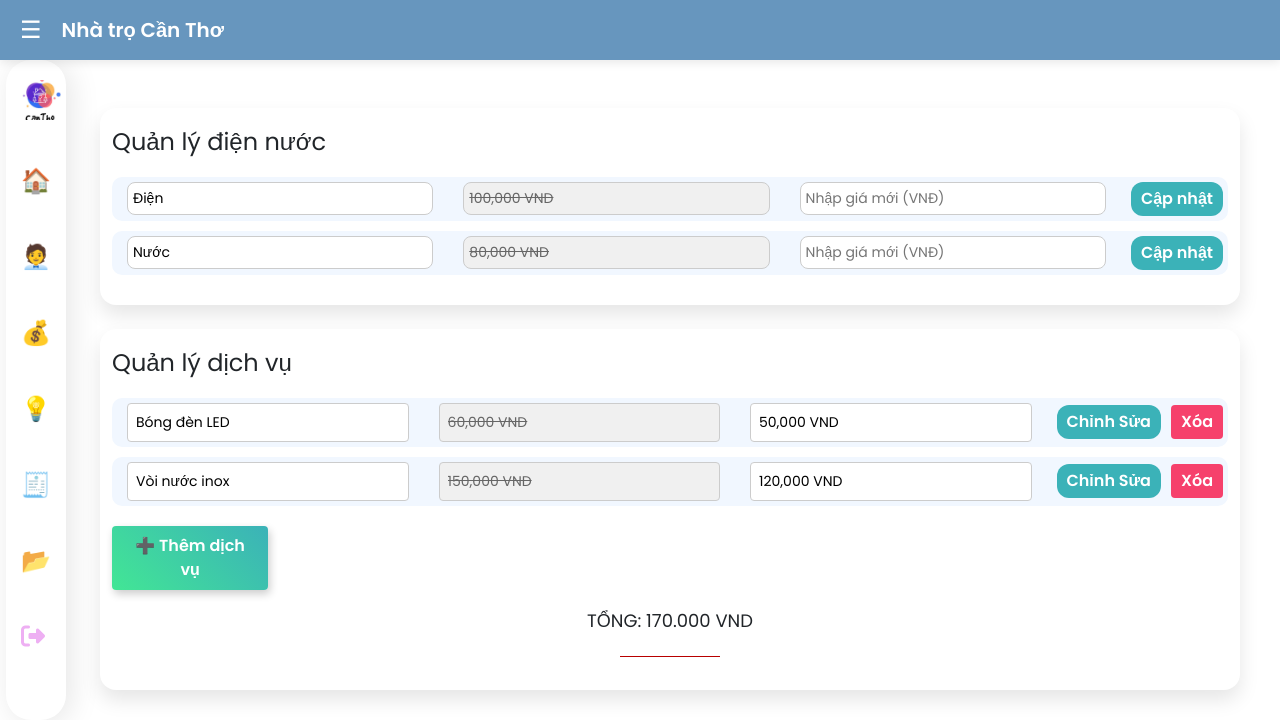
Repository: nhutty0402/DoAn02
Page: HTML/dichvu.html
An editor plug-in stored every save of this project. The page is shown before and after the next save, followed by the edit.
The browser window is 1280 px wide. The pictures show the whole page.

Above is the page before, as saved 2025-03-21 00:28:31.

### HTML/dichvu.html
<!DOCTYPE html>
<html>
<head>
    <meta charset="utf-8">
    <meta http-equiv="X-UA-Compatible" content="IE=edge">
    <title></title>
    <meta name="description" content="">
    <meta name="viewport" content="width=device-width, initial-scale=1">
    <link rel="stylesheet" href="../css/dichvu.css">

    <!-- CSS -->
    <link href="https://cdn.jsdelivr.net/npm/bootstrap@5.3.3/dist/css/bootstrap.min.css" rel="stylesheet" integrity="sha384-QWTKZyjpPEjISv5WaRU9OFeRpok6YctnYmDr5pNlyT2bRjXh0JMhjY6hW+ALEwIH" crossorigin="anonymous">
    <link href="https://fonts.googleapis.com/css2?family=Poppins:wght@300;400;600&display=swap" rel="stylesheet">
    <link rel="stylesheet" href="https://cdnjs.cloudflare.com/ajax/libs/font-awesome/6.4.2/css/all.min.css">

    <!-- JS -->
    <script src="https://cdnjs.cloudflare.com/ajax/libs/jquery/3.7.1/jquery.min.js" integrity="sha512-v2CJ7UaYy4JwqLDIrZUI/4hqeoQieOmAZNXBeQyjo21dadnwR+8ZaIJVT8EE2iyI61OV8e6M8PP2/4hpQINQ/g==" crossorigin="anonymous" referrerpolicy="no-referrer"></script>
    <script src="https://cdn.jsdelivr.net/npm/@popperjs/core@2.11.8/dist/umd/popper.min.js" integrity="sha384-I7E8VVD/ismYTF4hNIPjVp/Zjvgyol6VFvRkX/vR+Vc4jQkC+hVqc2pM8ODewa9r" crossorigin="anonymous"></script>
    <script src="https://cdn.jsdelivr.net/npm/bootstrap@5.3.3/dist/js/bootstrap.min.js" integrity="sha384-0pUGZvbkm6XF6gxjEnlmuGrJXVbNuzT9qBBavbLwCsOGabYfZo0T0to5eqruptLy" crossorigin="anonymous"></script>
</head>

<body>
    <header class="header">
        <div class="menu-toggle">☰</div>
        <div class="header-title">Nhà trọ Cần Thơ</div>
    </header>

    <div class="sidebar">
        <div class="logo_content">
            <div class="logo">
                <div class="icon">
                    <img src="../imag/moi.jpg" alt="Logo">
                </div>
                <div class="logo_name">Xin chào, admin</div>
            </div>
        </div>
        <ul class="nav_list">
            <li><a href="menu.html"><span class="icon">🏠</span><span class="link_name">Trang chủ</span></a></li>
            <li><a href="Quanlykhachhang.html"><span class="icon">🧑‍💼</span><span class="link_name">Quản lý khách hàng</span></a></li>
            <li><a href="doanhthu.html"><span class="icon">💰</span><span class="link_name">Doanh thu</span></a></li>
            <li><a href="dichvu.html"><span class="icon">💡</span><span class="link_name">Dịch vụ</span></a></li>
            <li><a href="hoadon.html"><span class="icon">🧾</span><span class="link_name">Hóa đơn</span></a></li>
            <li><a href="quanlihopdong.html"><span class="icon">📂</span><span class="link_name">Quản lý hợp đồng</span></a></li>
            <li><a href="dangxuat.html" class="logout-link"><span class="icon"><i class="fas fa-sign-out-alt"></i></span><span class="link_name">Đăng Xuất</span></a></li>
        </ul>
    </div>

    <div class="content flex-grow-1 p-4">
        <div class="topbar d-flex justify-content-between align-items-center mb-4"></div>

        <!-- Quản lý điện nước -->
        <div class="container">
            <div class="cf-title-03">
                <h3>Quản lý điện nước</h3>
            </div>
            <div id="product-list">
                <!-- Sản phẩm mẫu được thêm trực tiếp trong HTML -->
                <div class="product">
                    <input type="text" value="Điện" placeholder="Tên sản phẩm" readonly>
                    <input type="text" value="100,000 VND" placeholder="Giá cũ (VNĐ)" readonly class="old-price">
                    <input type="text" value="" placeholder="Nhập giá mới (VNĐ)" oninput="formatCurrency(this)">
                    <div class="btn-group">
                        <button class="update-btn" onclick="updateProduct(this)">Cập nhật</button>
                    </div>
                </div>
                <div class="product">
                    <input type="text" value="Nước" placeholder="Tên sản phẩm" readonly>
                    <input type="text" value="80,000 VND" placeholder="Giá cũ (VNĐ)" readonly class="old-price">
                    <input type="text" value="" placeholder="Nhập giá mới (VNĐ)" oninput="formatCurrency(this)">
                    <div class="btn-group">
                        <button class="update-btn" onclick="updateProduct(this)">Cập nhật</button>
                    </div>
                </div>
            </div>
        </div><br>

        <!-- Quản lý dịch vụ -->
        <div class="container">
            <div class="cf-title-03">
                <h3>Quản lý dịch vụ</h3>
            </div>
            <div id="service-list">
                <!-- Dịch vụ mẫu được thêm trực tiếp trong HTML -->
                <div class="service">
                    <input type="text" value="Bóng đèn LED" placeholder="Tên sản phẩm" readonly class="product-name">
                    <input type="text" value="60,000 VND" placeholder="Giá cũ (VNĐ)" readonly class="old-price">
                    <input type="text" value="50,000 VND" placeholder="Nhập giá mới (VNĐ)" readonly class="new-price">
                    <div class="btn-group">
                        <button class="edit-btn" onclick="updateService(this)">Chỉnh Sửa</button>
                        <button class="delete-btn" onclick="deleteService(this)">Xóa</button>
                    </div>
                </div>
                <div class="service">
                    <input type="text" value="Vòi nước inox" placeholder="Tên sản phẩm" readonly class="product-name">
                    <input type="text" value="150,000 VND" placeholder="Giá cũ (VNĐ)" readonly class="old-price">
                    <input type="text" value="120,000 VND" placeholder="Nhập giá mới (VNĐ)" readonly class="new-price">
                    <div class="btn-group">
                        <button class="edit-btn" onclick="updateService(this)">Chỉnh Sửa</button>
                        <button class="delete-btn" onclick="deleteService(this)">Xóa</button>
                    </div>
                </div>
            </div>
            <button class="add-btn" onclick="addService()">➕ Thêm dịch vụ</button>
            <div class="cf-title-01">
                <h6>TỔNG: <span id="total-price">0 VND</span></h6>
            </div>
        </div>
    <!-- JavaScript -->
    <script>
        const toggle = document.querySelector('.menu-toggle');
        const sidebar = document.querySelector('.sidebar');
        toggle.addEventListener('click', () => {
            sidebar.classList.toggle('active');
        });

        function formatCurrency(input) {
            let value = input.value.replace(/\D/g, '');
            if (value === '') {
                input.value = '';
                return;
            }
            let number = parseInt(value, 10);
            input.value = number.toLocaleString('vi-VN') + ' VND';
        }

        function addService(name = "", price = "", oldPrice = "") {
            let serviceList = document.getElementById("service-list");
            let serviceDiv = document.createElement("div");
            serviceDiv.classList.add("service");
            serviceDiv.innerHTML = `
                <input type="text" value="${name}" placeholder="Tên sản phẩm">
                <input type="text" value="${oldPrice ? parseInt(oldPrice).toLocaleString('vi-VN') + ' VND' : ''}" placeholder="Giá cũ (VNĐ)" readonly class="old-price">
                <input type="text" value="${price}" placeholder="Nhập giá mới (VNĐ)" oninput="formatCurrency(this)">
                <div class="btn-group">
                    <button class="update-btn" onclick="updateService(this)">Cập nhật</button>
                    <button class="delete-btn" onclick="deleteService(this)">Xóa</button>
                </div>
            `;
            serviceList.appendChild(serviceDiv);
        }

        function updateProduct(button) {
            let productDiv = button.closest(".product");
            let inputs = productDiv.querySelectorAll("input");
            if (button.innerText === "Cập nhật") {
                let name = inputs[0].value.trim();
                let price = inputs[2].value.trim().replace(/\D/g, '');
                if (name === "" || price === "") {
                    alert("Vui lòng nhập đầy đủ thông tin!");
                    return;
                }
                inputs[0].setAttribute("readonly", true);
                inputs[2].setAttribute("readonly", true);
                button.innerText = "Chỉnh sửa";
                button.classList.remove("update-btn");
                button.classList.add("edi-btn");
                alert(`Cập nhật thành công: ${name} - ${inputs[2].value}`);
            } else {
                inputs[0].removeAttribute("readonly");
                inputs[2].removeAttribute("readonly");
                button.innerText = "Cập nhật";
                button.classList.remove("edi-btn");
                button.classList.add("update-btn");
            }
        }

        function updateService(button) {
            let serviceDiv = button.closest(".service");
            let inputs = serviceDiv.querySelectorAll("input");
            if (button.innerText === "Cập nhật") {
                let name = inputs[0].value.trim();
                let price = inputs[2].value.trim().replace(/\D/g, '');
                if (name === "" || price === "") {
                    alert("Vui lòng nhập đầy đủ thông tin!");
                    return;
                }
                inputs[0].setAttribute("readonly", true);
                inputs[2].setAttribute("readonly", true);
                button.innerText = "Chỉnh sửa";
                button.classList.remove("update-btn");
                button.classList.add("edi-btn");
                alert(`Cập nhật thành công: ${name} - ${inputs[2].value}`);
            } else {
                inputs[0].removeAttribute("readonly");
                inputs[2].removeAttribute("readonly");
                button.innerText = "Cập nhật";
                button.classList.remove("edi-btn");
                button.classList.add("update-btn");
            }
        }

        function deleteService(button) {
            if (confirm("Bạn có chắc muốn xóa sản phẩm này?")) {
                button.closest(".service").remove();
            }
        }
    </script>
    <!--Tính tổng-->
  <!-- JavaScript -->
  <script>
    // Hàm tính tổng giá mới và hiển thị
    function calculateTotal() {
        const newPriceInputs = document.querySelectorAll('.new-price');
        let total = 0;

        newPriceInputs.forEach(input => {
            // Lấy giá trị từ input, loại bỏ " VND" và dấu phẩy
            const priceText = input.value.replace(' VND', '').replace(/,/g, '');
            const price = parseFloat(priceText) || 0; // Chuyển thành số, nếu không hợp lệ thì trả về 0
            total += price;
        });

        // Định dạng tổng với dấu phẩy và thêm " VND"
        const formattedTotal = total.toLocaleString('vi-VN') + ' VND';
        document.getElementById('total-price').textContent = formattedTotal;
    }

    // Hàm thêm dịch vụ mới
    function addService() {
        const serviceList = document.getElementById('service-list');
        const newService = document.createElement('div');
        newService.className = 'service';
        newService.innerHTML = `
            <input type="text" placeholder="Tên sản phẩm" class="product-name">
            <input type="text" placeholder="Giá cũ (VNĐ)" class="old-price">
            <input type="text" placeholder="Nhập giá mới (VNĐ)" class="new-price" oninput="calculateTotal()">
            <div class="btn-group">
                <button class="edit-btn" onclick="updateService(this)">Chỉnh Sửa</button>
                <button class="delete-btn" onclick="deleteService(this)">Xóa</button>
            </div>
        `;
        serviceList.appendChild(newService);
        calculateTotal(); // Cập nhật tổng sau khi thêm
    }

    // Hàm chỉnh sửa dịch vụ
    function updateService(button) {
        const service = button.closest('.service');
        const inputs = service.querySelectorAll('input');
        const isReadOnly = inputs[0].hasAttribute('readonly');

        if (isReadOnly) {
            // Chuyển sang chế độ chỉnh sửa
            inputs.forEach(input => input.removeAttribute('readonly'));
            button.textContent = 'Cập Nhật';
            button.classList.remove('edit-btn');
            button.classList.add('update-btn'); // Chuyển sang màu xanh dương
        } else {
            // Chuyển về chế độ readonly
            inputs.forEach(input => input.setAttribute('readonly', true));
            button.textContent = 'Chỉnh Sửa';
            button.classList.remove('update-btn');
            button.classList.add('edit-btn'); // Chuyển về màu cam
            calculateTotal(); // Cập nhật tổng sau khi lưu
        }
    }

    // Hàm xóa dịch vụ
    function deleteService(button) {
        const service = button.closest('.service');
        service.remove();
        calculateTotal(); // Cập nhật tổng sau khi xóa
    }

    // Tính tổng khi trang được tải
    window.onload = calculateTotal;
</script>
</body>
</html>

### CSS/dichvu.css
/* Reset cơ bản */
* {
  margin: 0;
  padding: 0;
  box-sizing: border-box;
  font-family: 'Poppins', sans-serif;
}

/* Thiết lập body */
body {
  min-height: 100vh;
  background: #e7e7e7;
  display: flex;
  flex-direction: column;
}

/* Header ngang */
.header {
  width: 100%;
  height: 60px;
  background: #6796be;
  color: white;
  display: flex;
  align-items: center;
  padding: 0 20px;
  box-shadow: 0 2px 10px rgba(0, 0, 0, 0.1);
  position: fixed;
  top: 0;
  z-index: 1000;
}

.menu-toggle {
  font-size: 24px;
  cursor: pointer;
  margin-right: 20px;
}

.header-title {
  font-size: 20px;
  font-weight: 600;
}

/* Sidebar dọc */
.sidebar {
  position: fixed;
  top: 60px;
  left: 0;
  height: calc(100% - 60px);
  width: 60px;
  background: #fff;
  margin-left: 6px;
  padding: 10px 5px;
  transition: width 0.3s ease;
  box-shadow: 5px 3px 30px rgba(0, 0, 0, 0.1);
  border-radius: 25px;
  z-index: 900;
}

.sidebar.active {
  width: 240px;
}

.logo_content {
  display: flex;
  align-items: center;
  height: 60px;
  padding: 0 10px;
}

.logo {
  display: flex;
  align-items: center;
  gap: 10px;
}

.logo .icon img {
  width: 40px; /* Kích thước logo nhỏ hơn và đồng đều */
  height: 40px;
  object-fit: cover; /* Đảm bảo ảnh không bị méo */
}

.logo_name {
  font-size: 18px;
  font-weight: 700;
  opacity: 0;
  transition: opacity 0.3s ease;
}

.sidebar.active .logo_name {
  opacity: 1;
}

.nav_list {
  list-style: none;
  padding-left: 0;
  margin-top: 10px;
}

.nav_list li {
  display: flex;
  align-items: center;
  height: 50px; /* Giảm height để khoảng cách đều hơn */
  margin: 26px 0; /* Khoảng cách giữa các mục */
}

.nav_list li a {
  text-decoration: none;
  color: #333;
  display: flex;
  align-items: center;
  width: 100%;
  font-weight: 700;
  padding: 0 10px; /* Khoảng cách bên trong thẻ a */
  transition: font-weight 0.3s ease, transform 0.3s ease; /* Thêm transition cho hiệu ứng */
}
.nav_list li a:hover {
  transform: scale(1.05); /* Phóng to 5% khi hover */
}
.nav_list li .icon {
  font-size: 24px; /* Icon đồng đều kích thước */
  width: 40px; /* Đảm bảo icon căn đều */
  text-align: center;
}

.link_name {
  font-size: 16px;
  opacity: 0;
  transition: opacity 0.3s ease;
}

.sidebar.active .link_name {
  opacity: 1;
}

/* Nội dung chính */
.content {
  margin-top: 60px;
  margin-left: 60px;
  padding: 20px;
  flex-grow: 1;
  transition: margin-left 0.3s ease, width 0.3s ease;
  width: calc(100% - 60px);
  max-width: calc(100vw - 60px);
}

.sidebar.active ~ .content {
  margin-left: 240px;
  width: calc(100% - 240px);
  max-width: calc(100vw - 240px);
}

/* Thanh tìm kiếm */
.search-bar {
  display: flex;
  align-items: center;
  height: 38.5px;
  margin-left: auto;
  background-color: #fff;
  border-radius: 15px;
  padding: 5px;
  box-shadow: 0px 4px 6px rgba(0, 0, 0, 0.2);
  border: 2px solid #5E3582;
}

.search-bar input {
  border: none;
  outline: none;
  padding: 5px 10px;
  border-radius: 5px;
  font-size: 14px;
  width: 90px;
  transition: width 0.3s ease;
}

.search-bar input:focus {
  width: 270px;
}

.search-bar button {
  background-color: #eeaff3;
  border: none;
  color: #1c1919;
  padding: 5px 10px;
  height: 28px;
  border-radius: 10px;
  font-size: 14px;
  cursor: pointer;
  margin-left: 5px;
  transition: background-color 0.3s ease;
}

.search-bar button:hover {
  background-color: #f186f1;
}

/* Button group */
.button-group {
  display: flex;
  gap: 5px;
  padding-left: 10px;
}

.button-group .dathue:hover {
  background: rgb(167, 222, 214);
  color: black;
}

.button-group .phongtrong:hover {
  background: rgb(246, 237, 156);
  color: black;
}

.button-group .hientatca:hover {
  background: rgba(249, 205, 158, 0.952);
  color: black;
}

/* Đăng xuất */
.logout-link {
  display: flex;
  align-items: center;
  text-decoration: none;
  color: #1c1919;
  padding: 10px 15px;
  border-radius: 8px;
  transition: background-color 0.3s ease, transform 0.3s ease;
}
/* Đăng xuất */
.logout-link {
  display: flex;
  align-items: center;
  text-decoration: none;
  color: #1c1919;
  padding: 10px 15px;
  border-radius: 8px;
  transition: background-color 0.3s ease, transform 0.3s ease, font-weight 0.3s ease; /* Thêm transition cho font-weight */
}
.logout-link .icon {
  font-size: 24px; /* Đồng đều với các icon khác */
  width: 40px;
  text-align: center;
  color: #eeaff3;
  transition: transform 0.3s ease;
}

.logout-link .link_name {
  font-size: 16px;
  font-weight: 600;
}

.logout-link:hover {
  background-color: #f6cff3;
  transform: scale(1.05);
}

.logout-link:hover .icon {
  transform: rotate(-20deg);
  color: #d94bd3;
}



/* ====================================================================================================== */
/* ======================================THÂN============================================================= */
/* ========================================================================================================= */

@import url('https://fonts.googleapis.com/css2?family=Poppins:wght@300;400;600&display=swap');

/* body {
    font-family: 'Poppins', sans-serif;
    background: linear-gradient(135deg, #89f7fe, #66a6ff);
    padding: 20px;
    text-align: center;
} */

.container {
    max-width: 600px;
    margin: auto;
    background: white;
    padding: 20px;
    border-radius: 16px;
    box-shadow: 0 10px 20px rgba(0, 0, 0, 0.1);
}

/* h2 {
    color: #333;
    font-weight: 600;
    margin-bottom: 10px;
} */

.product {
    display: flex;
    justify-content: space-between;
    align-items: center;
    padding: 5px;
    border-radius: 10px;
    background: #f1f7ff;
    margin: 10px 0;
    transition: transform 0.1s ease-in-out;
}

.product:hover {
    transform: scale(1.01);
}

.product input {
    flex: 1;
    margin: 0 10px;
    padding: 8px;
    border: 1px solid #ccc;
    border-radius: 8px;
    font-size: 14px;
    transition: all 0.3s;
}

.product input:focus {
    border-color: #007bff;
    outline: none;
    box-shadow: 0 0 5px rgba(0, 123, 255, 0.3);
}

.btn-group {
    display: flex;
    gap: 8px;
}

button {
    border: none;
    cursor: pointer;
    padding: 8px 14px;
    font-size: 14px;
    transition: 0.3s;
    border-radius: 10px;
    font-weight: bold;
}

.update-btn {
    background:  #3bb2b8;
    color: white;
    border-radius: 12px;
}
.update-btn {
  background:  #3bb2b8;
  color: white;
  border-radius: 12px;
}
.update-btn:hover{
  transform: scale(1.05);
}
.edi-btn {
    background:  #f2b876e8;
    color: white;
    border-radius: 12px;
}
.edi-btn:hover{
  transform: scale(1.05);
}
.delete-btn {
    background:  #f6416c;
    color: white;
    border-radius: 12px;
}
.delete-btn:hover{
  transform: scale(1.05);
}
.add-btn {
    width: 14%;
    font-size: 16px;
    padding: 12px;
    color: white;
    background: linear-gradient(45deg, #42e695, #3bb2b8);
    font-weight: bold;
    border-radius: 12px;
    box-shadow: 2px 4px 8px rgba(0, 0, 0, 0.2);
    transition: all 0.3s ease-in-out;
}

.add-btn:hover {
    transform: scale(1.05);
    box-shadow: 4px 6px 12px rgba(0, 0, 0, 0.3);
}
/* ============================================================================================== */
/* ===BẢNG DỊCH VỤ 2============================================================ */
/* =========================================================================================================== */
.service{
  display: flex;
  justify-content: space-between;
  align-items: center;
  padding: 5px;
  border-radius: 10px;
  background: #f1f7ff;
  margin: 10px 0;
  transition: transform 0.1s ease-in-out;
}

.service:hover {
  transform: scale(1.01);
}

.service input {
  flex: 1;
  margin: 0 10px;
  padding: 8px;
  border: 1px solid #ccc;
  border-radius: 8px;
  font-size: 14px;
  transition: all 0.3s;
}

.service input:focus {
  border-color: #007bff;
  outline: none;
  box-shadow: 0 0 5px rgba(0, 123, 255, 0.3);
}
/* ===================================================TỔNG======================================== */




.cf-title-01 h6 {
	text-align:center;
	text-transform:uppercase;
	padding-bottom:5px;
}
/* .cf-title-01 h6:before {
	width:28px;
	height:5px;
	display:block;
	content:"";
	position:absolute;
	bottom:3px;
	left:50%;
	margin-left:-14px;
	background-color:#b80000;
} */
.cf-title-01 h6:after {
	width:100px;
	height:1px;
	display:block;
	content:"";
	position:relative;
	margin-top:25px;
	left:50%;
	margin-left:-50px;
	background-color: #b80000;
}

.container {
  max-width: 800px;
  margin: 20px auto;
  padding: 20px;
}
.product, .service {
  display: flex;
  align-items: center;
  margin: 10px 0;
  gap: 10px;
}
input[type="text"] {
  padding: 5px;
  flex: 1;
}
input[readonly].old-price {
  background-color: #f0f0f0;
  color: #666;
  text-decoration: line-through;
}
.btn-group button {
  margin-left: 5px;
  padding: 5px 10px;
  cursor: pointer;
}
.add-btn {
  padding: 5px 10px;
  margin-top: 10px;
}
/* Tính tổng */
.container {
  max-width: 800px;
  margin: 0 auto;
  padding: 20px;
}

.cf-title-03 h3 {
  font-size: 24px;
  margin-bottom: 20px;
}

.service {
  display: flex;
  align-items: center;
  gap: 10px;
  margin-bottom: 10px;
}

.service input {
  padding: 8px;
  border: 1px solid #ccc;
  border-radius: 4px;
  width: 200px;
}

.btn-group {
  display: flex;
  gap: 5px;
}

.update-btn, .delete-btn, .add-btn {
  padding: 8px 15px;
  border: none;
  border-radius: 4px;
  cursor: pointer;
}



.cf-title-01 h6 {
  font-size: 18px;
  margin-top: 20px;
}


/* ============= */




.edit-btn {
  background-color: #ff6200; /* Màu cam cho nút "Chỉnh Sửa" */
}

.edit-btn {
  background:  #3bb2b8;
  color: white;
  border-radius: 12px;
}
.update-btn {
background:  #3bb2b8;
color: white;
border-radius: 12px;
}

After the next save:
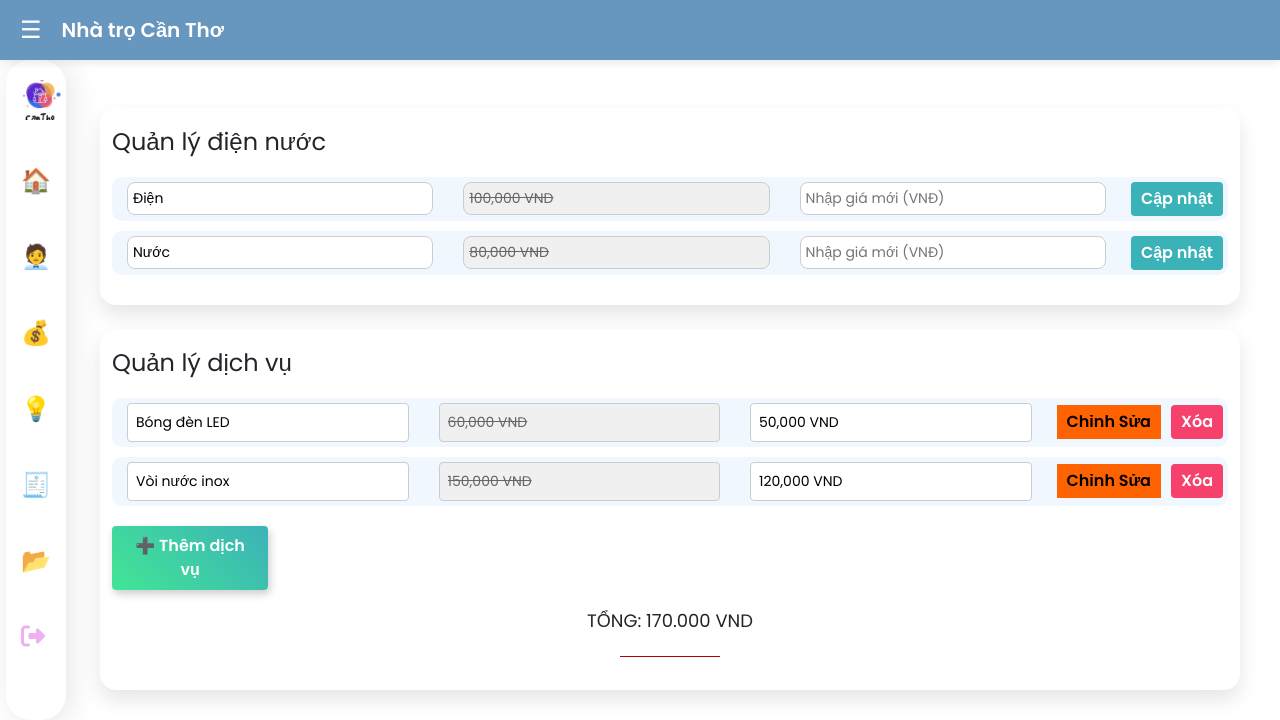
Saved 11 s later.
--- a/CSS/dichvu.css
+++ b/CSS/dichvu.css
@@ -528,14 +528,3 @@ input[readonly].old-price {
 .edit-btn {
   background-color: #ff6200; /* Màu cam cho nút "Chỉnh Sửa" */
 }
-
-.edit-btn {
-  background:  #3bb2b8;
-  color: white;
-  border-radius: 12px;
-}
-.update-btn {
-background:  #3bb2b8;
-color: white;
-border-radius: 12px;
-}
